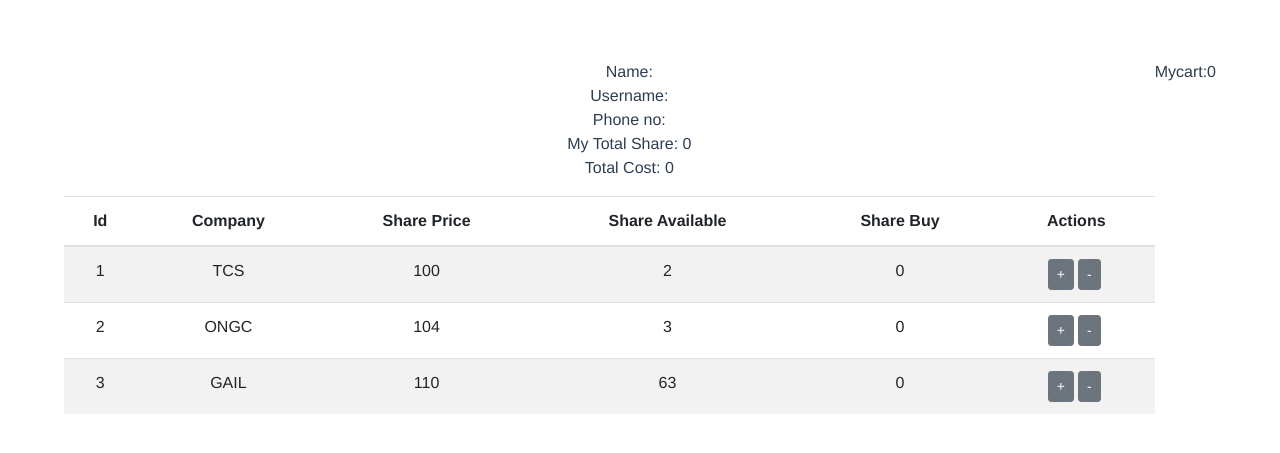
Repository: rupeshpawar93/vue-profile
Page: /#/portfolio/detail
An editor plug-in stored every save of this project. The page is shown before and after the next save, followed by the edit.
The browser window is 1280 px wide. The pictures show the whole page.
The project was rebuilt for these pictures with package versions that can differ from the ones it lists, and the page was loaded fresh each time. Also part of the build but not shown: webpack.config.js, src/components/Portfolio.vue. Imported but missing from the stored project, and not drawn on this page: src/component/Company.

Above is the page before, as saved 2019-11-04 12:32:49.

After the next save:
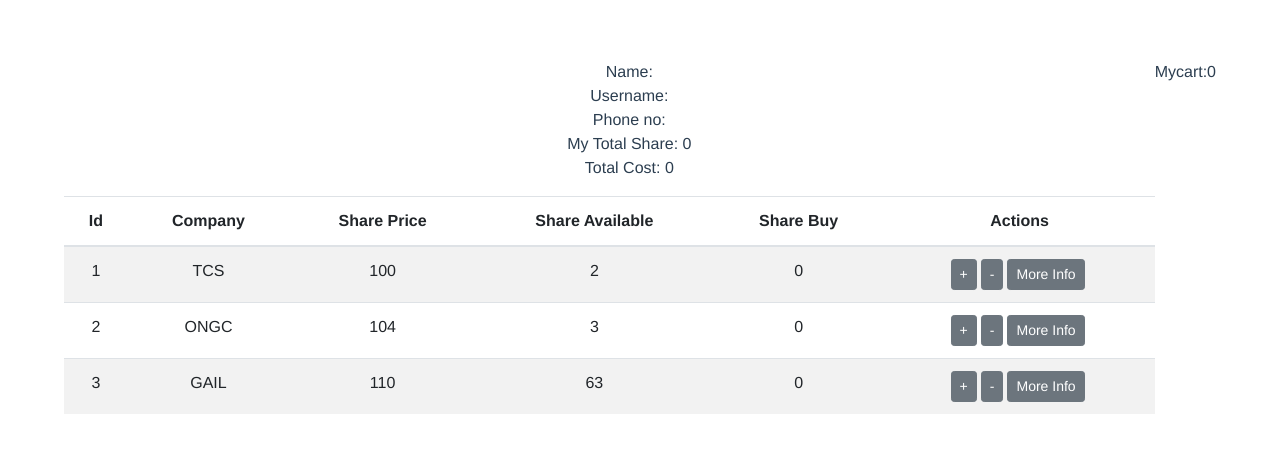
Saved 81 s later.
--- a/src/components/PortfolioDetail.vue
+++ b/src/components/PortfolioDetail.vue
@@ -15,6 +15,7 @@
                 <b-button size="sm" @click="minus(row.item,row.index)" class="mr-1">
                -
                 </b-button>
+                <b-button size="sm" @click="moreInfo(row.item)" class="mr-1">More Info</b-button>
              </template>
         </b-table>
 
